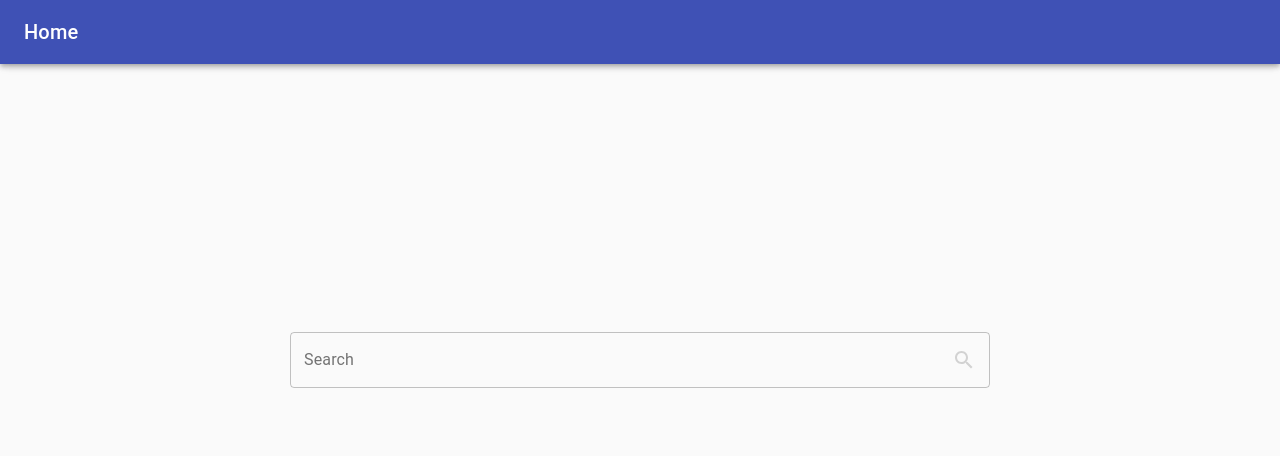
Repository: GabrielBrandaoProjetos/patient-manager
Page: /
An editor plug-in stored every save of this project. The page is shown before and after the next save, followed by the edit.
The browser window is 1280 px wide. The pictures show the whole page.
The project was rebuilt for these pictures with package versions that can differ from the ones it lists, and the page was loaded fresh each time.

Above is the page before, as saved 2021-09-14 12:32:03.

After the next save:
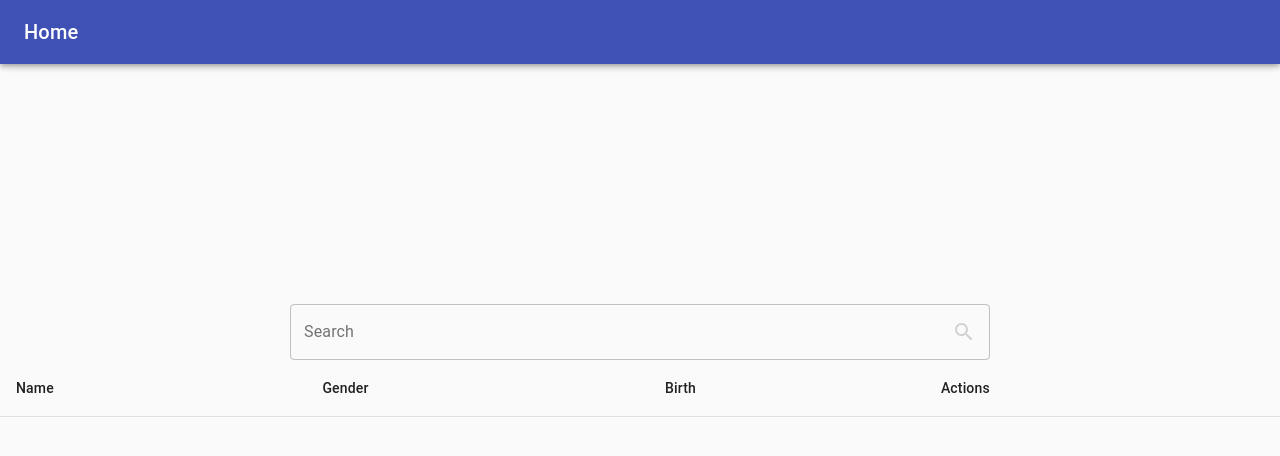
Saved 10 min 49 s later.
--- a/src/pages/Home/Home.tsx
+++ b/src/pages/Home/Home.tsx
@@ -1,5 +1,5 @@
 import React from 'react';
-import { AppBar, FormControl, InputAdornment, InputLabel, OutlinedInput, Toolbar, Typography } from '@material-ui/core';
+import { AppBar, FormControl, InputAdornment, InputLabel, OutlinedInput, Table, TableCell, TableContainer, TableHead, TableRow, Toolbar, Typography } from '@material-ui/core';
 import {Search} from '@material-ui/icons'
 import { createStyles, makeStyles, Theme } from '@material-ui/core/styles';
 
@@ -25,7 +25,10 @@ const useStyles = makeStyles((theme: Theme) =>
     },
     search: {
       color: "#d2d2d2",
-    }
+    },
+    table: {
+
+    },
   }),
 );
 
@@ -57,6 +60,20 @@ export const Home = () => {
           labelWidth={70}
         />
       </FormControl>
+
+      <TableContainer>
+        <Table className={classes.table} aria-label="simple table">
+          <TableHead>
+            <TableRow>
+              <TableCell>Name</TableCell>
+              <TableCell>Gender</TableCell>
+              <TableCell>Birth</TableCell>
+              <TableCell>Actions</TableCell>
+            </TableRow>
+          </TableHead>
+        </Table>
+
+      </TableContainer>
     </div>
   )
 }
